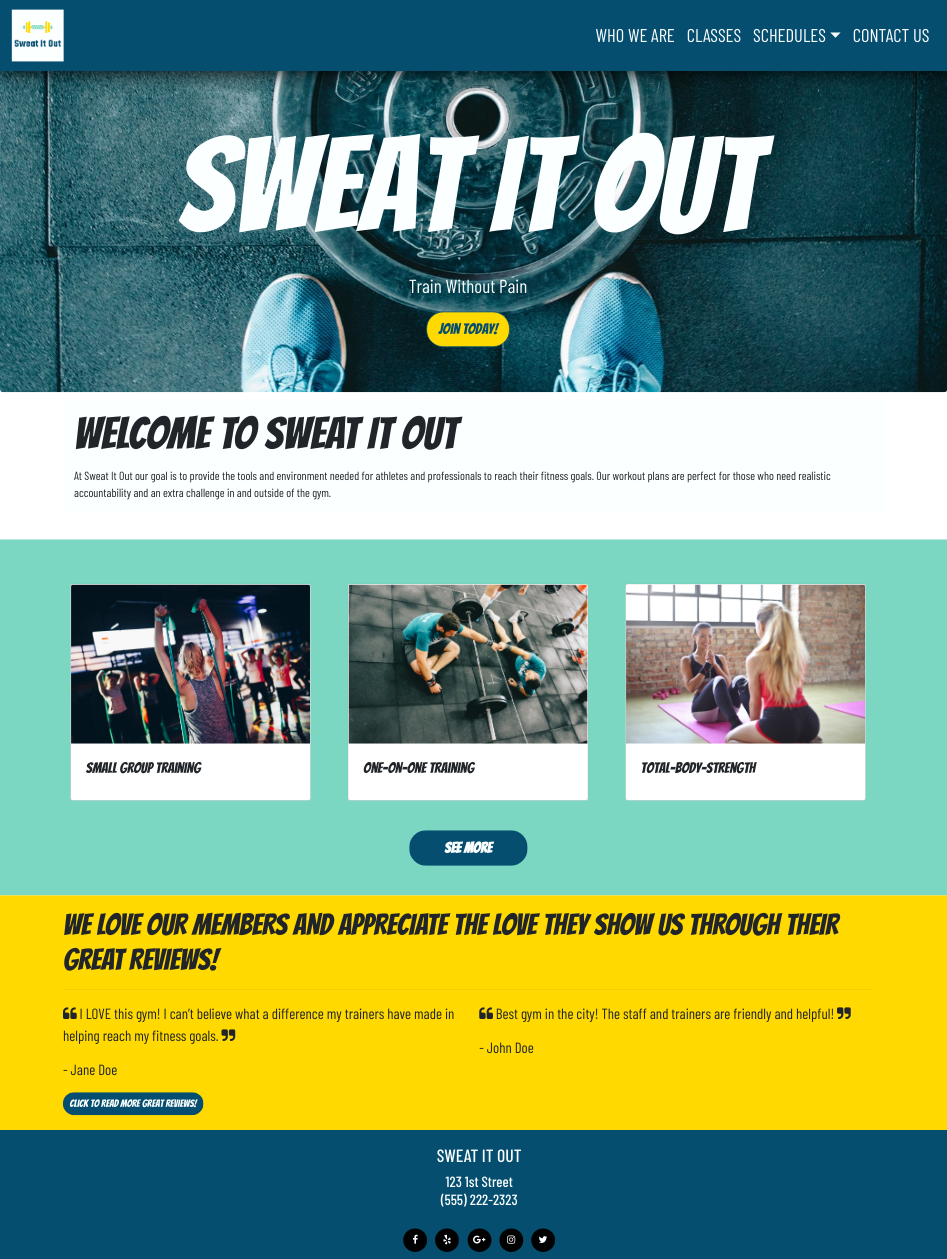
Repository: amybru/sweatitout
Page: index.html
The author's editor kept a record of every edit. The page is drawn from the files as they stood at one moment, then again after the next edit.
The browser window is 1280 px wide. The pictures show the whole page, at 74% of full size.
Some web fonts or font styles are not loaded; a fallback is used. Some web libraries are served in a nearby version.

Above is the page before.

### index.html
<!DOCTYPE html>
<html lang="en">
   <head>
      <meta charset="utf-8">
      <meta name="viewport" content="width=device-width, initial-scale=1.0">
      <link rel="stylesheet" href="https://maxcdn.bootstrapcdn.com/bootstrap/4.2.1/css/bootstrap.min.css" type="text/css" />
      <link rel="stylesheet" href="https://maxcdn.bootstrapcdn.com/font-awesome/4.7.0/css/font-awesome.min.css" type="text/css" />
      <link href="https://fonts.googleapis.com/css?family=Bangers|Barlow+Condensed:200,300,400,500,700&display=swap" rel="stylesheet">
      <link rel="stylesheet" type="text/css" href="css/style.css">
      <title>Gym</title>
   </head>
   <body>

       <!--Navbar -->
      <header>
         <nav class="navbar navbar-expand-lg navbar-default bg-default fixed-top">
            <a class="navbar-brand" href="index.html">
            <img src="./img/logo.png" width="70" height="70" alt="logo">
            </a>
            <button class="navbar-toggler" type="button" data-toggle="collapse" data-target="#navbarNavDropdown" aria-controls="navbarNavDropdown" aria-expanded="false" aria-label="Toggle navigation" alt="logo">
            <span class="navbar-toggler-icon"></span>
            </button>
            <div class="collapse navbar-collapse" id="navbarNavDropdown">
               <ul class="navbar-nav ml-auto">
                  <li class="nav-item">
                     <a class="nav-link uppercase" href="about.html">Who We Are</a>
                  </li>
                  <li class="nav-item">
                     <a class="nav-link uppercase" href="classes.html">Classes</a>
                  </li>
                  <li class="nav-item dropdown d-none d-lg-block">
                     <a class="nav-link dropdown-toggle uppercase" href="#" id="navbarDropdownMenuLink" role="button" data-toggle="dropdown" aria-haspopup="true" aria-expanded="false">Schedules</a>
                     <div class="dropdown-menu" aria-labelledby="navbarDropdownMenuLink">
                        <a class="dropdown-item uppercase" href="./img/2018schedule.pdf" target="_blank">2018 Schedule</a>
                        <a class="dropdown-item uppercase" href="./img/2019schedule.pdf" target="_blank">2019 Schedule</a>
                        <a class="dropdown-item uppercase" href="./img/2019schedule.pdf" target="_blank">2020 Schedule</a>
                     </div>
                  </li>
                  <li class="nav-item">
                     <a class="nav-link uppercase" href="contact.html">Contact Us</a>
                  </li>
               </ul>
            </div>
         </nav>
      </header>

      <!--Jumbotron main page -->
      <section class="jumbotron" id="landing-view">
         <div class="row">
            <div class="col-12">
               <h1 class="gym-name">Sweat It Out</h1>
               <p>Train Without Pain</p>
               <p><button class="btn btn-lg btn-success landingbutton" data-toggle="modal" data-target="#signUpModal" data-whatever="@gymname">Join Today!</button></p>
            </div>
         </div>
      </section>

      <!--Opening Comments-->
      <section class="about-landing-page">
         <div class="container">
            <div class="col-12 bg-color-about-landing section-column block-divider">
               <div class="row">
                  <div class="col">
                     <h3 class="section-heading uppercase">Welcome to Sweat It Out</h3>
                  </div>
               </div>
               <div class="row">
                  <div class="col-12">
                     <p>At Sweat It Out our goal is to provide the tools and environment needed for athletes and professionals to reach their fitness goals. Our workout plans are perfect for those who need realistic accountability and an extra challenge
                        in and outside of the gym.
                     </p>
                  </div>
               </div>
            </div>
         </div>
      </section>

    <!--A few services offered section -->
      <section class="services-landing-page bg-color-services-landing block-divider" id="gallery">
         <div class="container">
            <div class="row">
               <div class="col-12 col-lg-4">
                  <div class="card card-main">
                     <img src="img/gymthree.jpg" class="card-img-top" alt="Small Group Training">
                     <div class="card-body">
                        <h5 class="card-title">Small Group Training</h5>
                     </div>
                  </div>
               </div>
               <div class="col-12 col-lg-4">
                  <div class="card card-main">
                     <img src="img/gymtwo.jpg" class="card-img-top" alt="One-on-One Training">
                     <div class="card-body">
                        <h5 class="card-title">One-on-One Training</h5>
                     </div>
                  </div>
               </div>
               <div class="col-12 col-lg-4">
                  <div class="card card-main">
                     <img src="img/gymone.jpeg" class="card-img-top" alt="Total-Body-Strength">
                     <div class="card-body">
                        <h5 class="card-title">Total-Body-Strength</h5>
                     </div>
                  </div>
               </div>
               <a href="classes.html" class="btn btn-lg card-button">See More</a>
            </div>
         </div>

      </section>

      <!--Reviews section -->
      <section class="review">
      <div class="container-wrapper bg-color-review-landing block-divider">
         <div class="container review-container content-container">
               <div class="row">
                  <div class="col-12 page-header">
                     <h2 class="text-uppercase" id="reviews">We love our members and appreciate the love they show us through their great reviews!</h2>
                     <hr class="block-divider block-divider-short">
                  </div>
               </div>
               <div class="row">
                  <div class="col-12 col-md-6">
                     <div class="media">
                        <div class="d-none d-sm-block">
                           <i class="fas fa-splotch"></i>
                        </div>
                        <div class="media-body">
                           <blockquote class="blockquote">
                              <p><i class="fa fa-quote-left"></i> I LOVE this gym! I can’t believe what a difference my trainers have made in helping reach my fitness goals. <i class="fa fa-quote-right"></i></p>
                              <p>- Jane Doe</p>
                           </blockquote>
                        </div>
                     </div>
                  </div>
                  <div class="col-12 col-md-6">
                     <div class="media">
                        <div class="d-none d-sm-block">
                           <i class="fas fa-splotch"></i>
                        </div>
                        <div class="media-body">
                           <blockquote class="blockquote">
                              <p><i class="fa fa-quote-left"></i> Best gym in the city! The staff and trainers are friendly and helpful! <i class="fa fa-quote-right"></i></p>
                              <p>- John Doe</p>
                           </blockquote>
                        </div>
                     </div>
                  </div>
                  <div class="col">
                     <a href="https://www.yelp.com" class="btn btn-sm reviewb">Click to read more great reviews!</a>
                  </div>
               </div>
         </div>
      </div>
      </div>
      </section>

      <!-- Modal -->
      <div class="modal" tabindex="-1" role="dialog" id="signUpModal">
         <div class="modal-dialog" role="document">
            <div class="modal-content">
               <div class="modal-header">
                  <h5 class="modal-title uppercase">Join Today!</h5>
                  <button type="button" class="close" data-dismiss="modal" aria-label="Close"></button>
                  </button>
               </div>
               <div class="modal-body">
                  <form>
                     <div class="form-group uppercase">
                        <label for="exampleInputName">Your Name</label>
                        <input type="name" class="form-control" id="InputName" aria-describedby="nameHelp" placeholder="Enter Full Name">
                     </div>
                     <div class="form-group uppercase">
                        <label for="message-text" class="col-form-label">Message:</label>
                        <textarea class="form-control" id="message-text"></textarea>
                     </div>
                     <div class="form-group uppercase">
                        <label for="exampleInputEmail1">Email address</label>
                        <input type="email" class="form-control" id="exampleInputEmail1" aria-describedby="emailHelp" placeholder="Enter email">
                        <small id="emailHelp" class="form-text text-muted">We'll never share your email with anyone else.</small>
                     </div>
                     <button type="submit" class="btn btn-success uppercase modalbtn">Submit</button>
                  </form>
               </div>
            </div>
         </div>
      </div>

       <!--Footer-->
    <footer class="footer container-fluid" id="footer">
        <div>
            <div id="footer-details">
                <h4 class="footer-name uppercase">SWEAT IT OUT</h4>
                <h5 class="block">123 1st Street<br> (555) 222-2323</h5>
            </div>
            <div class="footer-social">
                <ul class="list-inline social-links">
                    <li class="list-inline-item">
                        <a target="_blank" href="https://www.facebook.com/">
                     <i class="fa fa-facebook" aria-hidden="true"></i>
                     <span class="sr-only">Facebook</span>
                     </a>
                    </li>
                    <li class="list-inline-item">
                        <a target="_blank" href="https://www.yelp.com/">
                     <i class="fa fa-yelp" aria-hidden="true"></i>
                     <span class="sr-only">Yelp</span>
                     </a>
                    </li>
                    <li class="list-inline-item">
                        <a target="_blank" href="https://www.google.com/">
                     <i class="fa fa-google-plus" aria-hidden="true"></i>
                     <span class="sr-only">Google+</span>
                     </a>
                    </li>
                    <li class="list-inline-item">
                        <a target="_blank" href="https://www.instagram.com/">
                     <i class="fa fa-instagram" aria-hidden="true"></i>
                     <span class="sr-only">Instagram</span>
                     </a>
                    </li>
                    <li class="list-inline-item">
                        <a target="_blank" href="https://twitter.com/?lang=en">
                     <i class="fa fa-twitter" aria-hidden="true"></i>
                     <span class="sr-only">Twitter</span>
                     </a>
                    </li>
                </ul>
            </div>
        </div>
    </footer>
   </body>
   <script src="https://code.jquery.com/jquery-3.3.1.slim.min.js" integrity="sha384-q8i/X+965DzO0rT7abK41JStQIAqVgRVzpbzo5smXKp4YfRvH+8abtTE1Pi6jizo" crossorigin="anonymous"></script>
   <script src="https://cdnjs.cloudflare.com/ajax/libs/popper.js/1.14.7/umd/popper.min.js" integrity="sha384-UO2eT0CpHqdSJQ6hJty5KVphtPhzWj9WO1clHTMGa3JDZwrnQq4sF86dIHNDz0W1" crossorigin="anonymous"></script>
   <script src="https://stackpath.bootstrapcdn.com/bootstrap/4.3.1/js/bootstrap.min.js" integrity="sha384-JjSmVgyd0p3pXB1rRibZUAYoIIy6OrQ6VrjIEaFf/nJGzIxFDsf4x0xIM+B07jRM" crossorigin="anonymous"></script>
</html>

Loaded but not shown: css/style.css (668 lines, source omitted)

After the next edit:
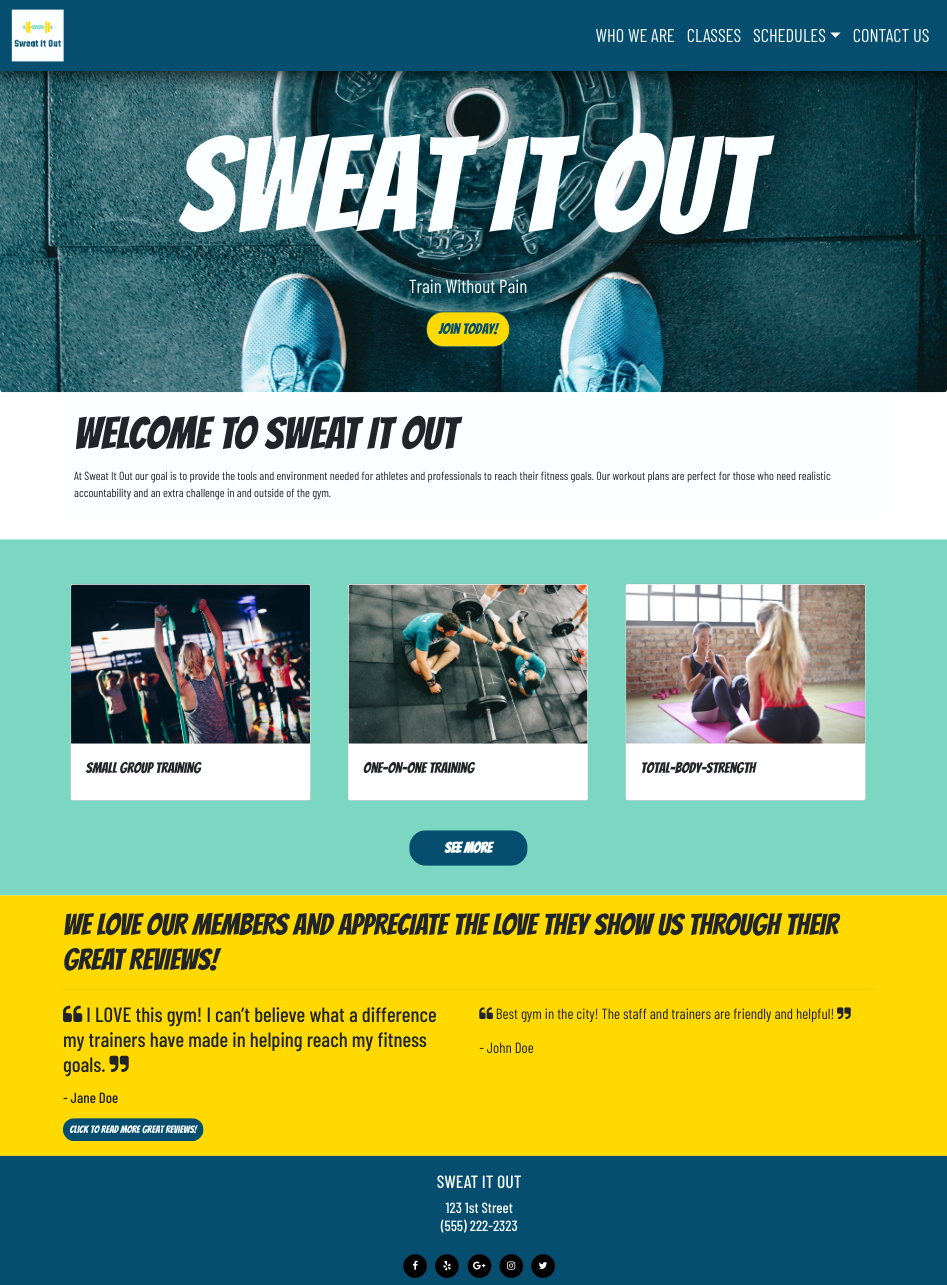
The edit:
--- a/index.html
+++ b/index.html
@@ -127,8 +127,8 @@
                         </div>
                         <div class="media-body">
                            <blockquote class="blockquote">
-                              <p><i class="fa fa-quote-left"></i> I LOVE this gym! I can’t believe what a difference my trainers have made in helping reach my fitness goals. <i class="fa fa-quote-right"></i></p>
-                              <p>- Jane Doe</p>
+                              <h3><i class="fa fa-quote-left"></i> I LOVE this gym! I can’t believe what a difference my trainers have made in helping reach my fitness goals. <i class="fa fa-quote-right"></i></p>
+                              <h5>- Jane Doe</p>
                            </blockquote>
                         </div>
                      </div>
